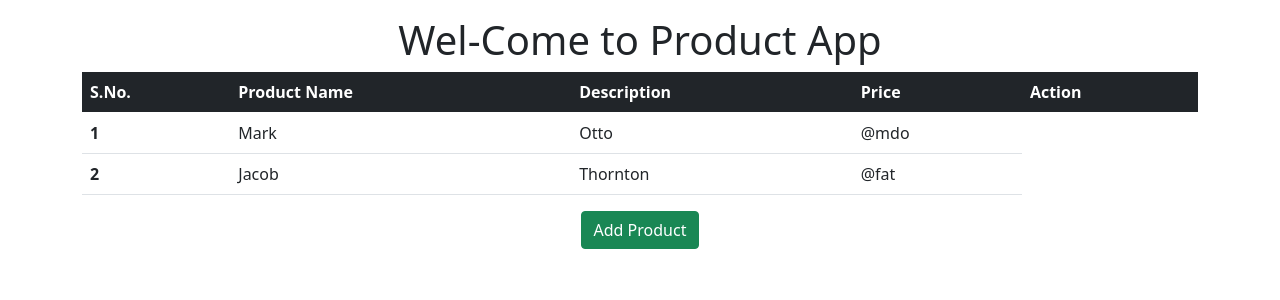
Repository: Hits-95/Spring
Page: http://localhost/Product/WEB-INF/views/index.jsp
An editor plug-in stored every save of this project. The page is shown before and after the next save, followed by the edit.
The browser window is 1280 px wide. The pictures show the whole page.
The page is served by Tomcat 9. Nobody is signed in. Other server files are loaded and not shown. The template is opened directly, without the code that normally fills it, so the values that code supplies are empty.

Above is the page before, as saved 2021-04-14 04:18:10.

### Product/src/main/webapp/WEB-INF/views/index.jsp
<%@ page language="java" contentType="text/html; charset=ISO-8859-1"
	pageEncoding="ISO-8859-1"%>
<%@include file="links.jsp"%>
<%@ taglib prefix="c" uri="http://java.sun.com/jsp/jstl/core"%>
<!DOCTYPE html PUBLIC "-//W3C//DTD HTML 4.01 Transitional//EN" "http://www.w3.org/TR/html4/loose.dtd">
<html>
<head>
<meta http-equiv="Content-Type" content="text/html; charset=ISO-8859-1">

</head>
<body>
	<div class="container mt-3">
		<div class="row">
			<div class="col-md-12">
				<h1 class="text-center">Wel-Come to Product App</h1>
				<table class="table ">
					<thead>
						<tr class="table-dark">
							<th scope="col">S.No.</th>
							<th scope="col">Product Name</th>
							<th scope="col">Description</th>
							<th scope="col">Price</th>
							<th scope="col">Action</th>
						</tr>
					</thead>
					<tbody>
						<tr>
							<th scope="row">1</th>
							<td>Mark</td>
							<td>Otto</td>
							<td>@mdo</td>
						</tr>
						<tr>
							<th scope="row">2</th>
							<td>Jacob</td>
							<td>Thornton</td>
							<td>@fat</td>
						</tr>

					</tbody>
				</table>
			</div>
			<div class = "container text-center">
				<a href="sadd-product" class = "btn btn-success"> Add Product</a>
			</div>
		</div>
	</div>
</body>
</html>

### Product/src/main/webapp/WEB-INF/views/links.jsp
<%@page isELIgnored="false"%>
<%@ taglib prefix="c" uri="http://java.sun.com/jsp/jstl/core"%>

<!doctype html>
<html lang="en">
<head>
<!-- Required meta tags -->
<meta charset="utf-8">
<meta name="viewport" content="width=device-width, initial-scale=1">

<!-- Bootstrap CSS -->
<link
	href="https://cdn.jsdelivr.net/npm/bootstrap@5.0.0-beta3/dist/css/bootstrap.min.css"
	rel="stylesheet"
	integrity="sha384-eOJMYsd53ii+scO/bJGFsiCZc+5NDVN2yr8+0RDqr0Ql0h+rP48ckxlpbzKgwra6"
	crossorigin="anonymous">

<title><c:out value="${title }">Product-App</c:out></title>
</head>
<body>


	<!-- Optional JavaScript; choose one of the two! -->

	<!-- Option 1: Bootstrap Bundle with Popper -->
	<script
		src="https://cdn.jsdelivr.net/npm/bootstrap@5.0.0-beta3/dist/js/bootstrap.bundle.min.js"
		integrity="sha384-JEW9xMcG8R+pH31jmWH6WWP0WintQrMb4s7ZOdauHnUtxwoG2vI5DkLtS3qm9Ekf"
		crossorigin="anonymous"></script>

	<!-- Option 2: Separate Popper and Bootstrap JS -->
	<!--
    <script src="https://cdn.jsdelivr.net/npm/@popperjs/core@2.9.1/dist/umd/popper.min.js" integrity="sha384-SR1sx49pcuLnqZUnnPwx6FCym0wLsk5JZuNx2bPPENzswTNFaQU1RDvt3wT4gWFG" crossorigin="anonymous"></script>
    <script src="https://cdn.jsdelivr.net/npm/bootstrap@5.0.0-beta3/dist/js/bootstrap.min.js" integrity="sha384-j0CNLUeiqtyaRmlzUHCPZ+Gy5fQu0dQ6eZ/xAww941Ai1SxSY+0EQqNXNE6DZiVc" crossorigin="anonymous"></script>
    -->
</body>
</html>

After the next save:
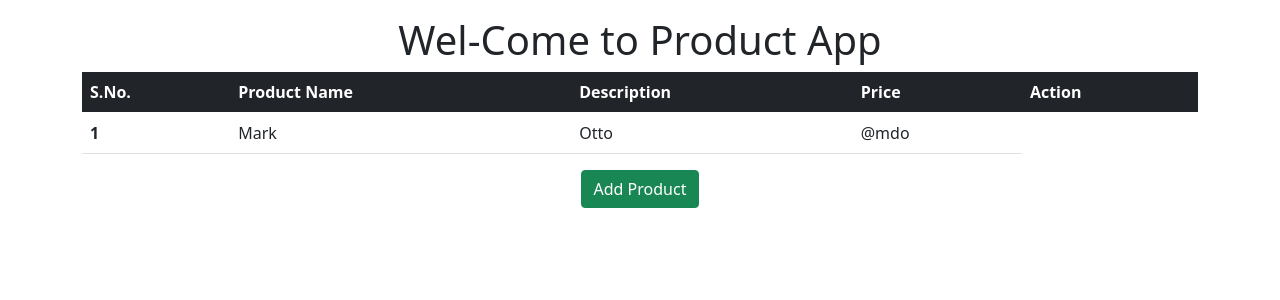
Saved 46 s later.
--- a/Product/src/main/webapp/WEB-INF/views/index.jsp
+++ b/Product/src/main/webapp/WEB-INF/views/index.jsp
@@ -30,13 +30,6 @@
 							<td>Otto</td>
 							<td>@mdo</td>
 						</tr>
-						<tr>
-							<th scope="row">2</th>
-							<td>Jacob</td>
-							<td>Thornton</td>
-							<td>@fat</td>
-						</tr>
-
 					</tbody>
 				</table>
 			</div>
